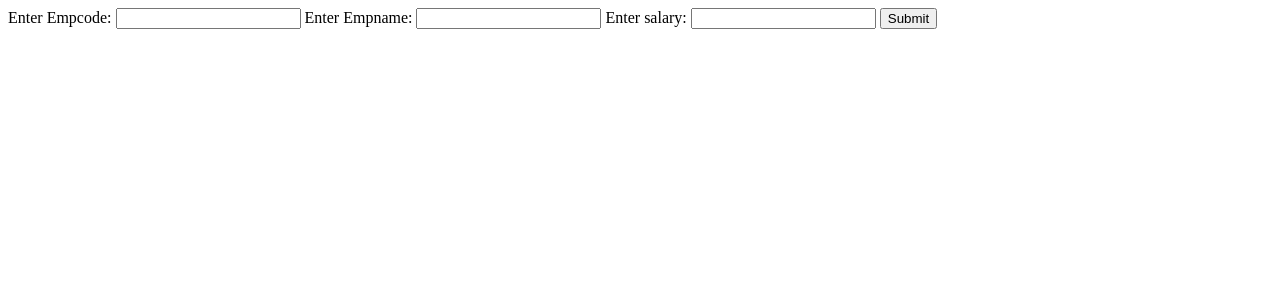
Repository: M-Anusha/Myprojects
Page: http://localhost/day15/AddEmployee.jsp
The author's editor kept a copy of each file at every save. The page is drawn from the files as they stood at one save, then again after the next save.
The browser window is 1280 px wide. The pictures show the whole page.
The page is served by Tomcat 9. Other server files are loaded and not shown.

Above is the page before, as saved 2015-08-17 07:35:01.

### day15/WebContent/AddEmployee.jsp
<%@ page language="java" contentType="text/html; charset=ISO-8859-1"
    pageEncoding="ISO-8859-1"%>
<!DOCTYPE html PUBLIC "-//W3C//DTD HTML 4.01 Transitional//EN" "http://www.w3.org/TR/html4/loose.dtd">
<html>
<head>
<meta http-equiv="Content-Type" content="text/html; charset=ISO-8859-1">
<title>Insert title here</title>
</head>
<body>
<form action="AddEmployee">
Enter Empcode: <input type="text" name="Empcode">
Enter Empname: <input type="text" name="Empname">
Enter salary: <input type="text" name="Salary">
<input type="submit">
</form>





</body>
</html>

After the next save:
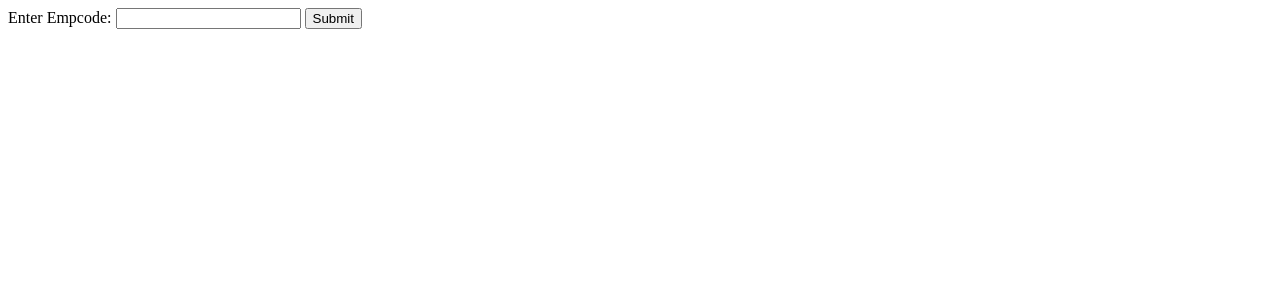
Saved 76 s later.
--- a/day15/WebContent/AddEmployee.jsp
+++ b/day15/WebContent/AddEmployee.jsp
@@ -6,12 +6,37 @@
 <meta http-equiv="Content-Type" content="text/html; charset=ISO-8859-1">
 <title>Insert title here</title>
 </head>
+<script type="text/javascript">
+	function AddEmployee(str) {
+		var xmlhttp;
+		if (str.length == 0) {
+			document.getElementById("t").innerHTML = " ";
+			return;
+		}
+		if (window.XMLHttpRequest) //Request obj creation
+		{
+			xmlhttp = new XMLHttpRequest();
+		} else {
+			xmlhttp = new ActiveXObject("Microsoft.XMLHTTP");
+		}
+
+		xmlhttp.onreadystatechange = function() //Response obj creation
+		{
+			if (xmlhttp.readyState == 4 && xmlhttp.status == 200) {
+				document.getElementById("txtHint").innerHTML = xmlhttp.responseText;
+
+			}
+		}
+		xmlhttp.open("GET", "getCustomer.jsp?nm=" +str, true);
+		xmlhttp.send();
+	}
+</script>
 <body>
 <form action="AddEmployee">
 Enter Empcode: <input type="text" name="Empcode">
-Enter Empname: <input type="text" name="Empname">
-Enter salary: <input type="text" name="Salary">
-<input type="submit">
+<!-- Enter Empname: <input type="text" name="Empname">
+Enter salary: <input type="text" name="Salary"> -->
+<input type="submit" onclick="submit">
 </form>
 
 
